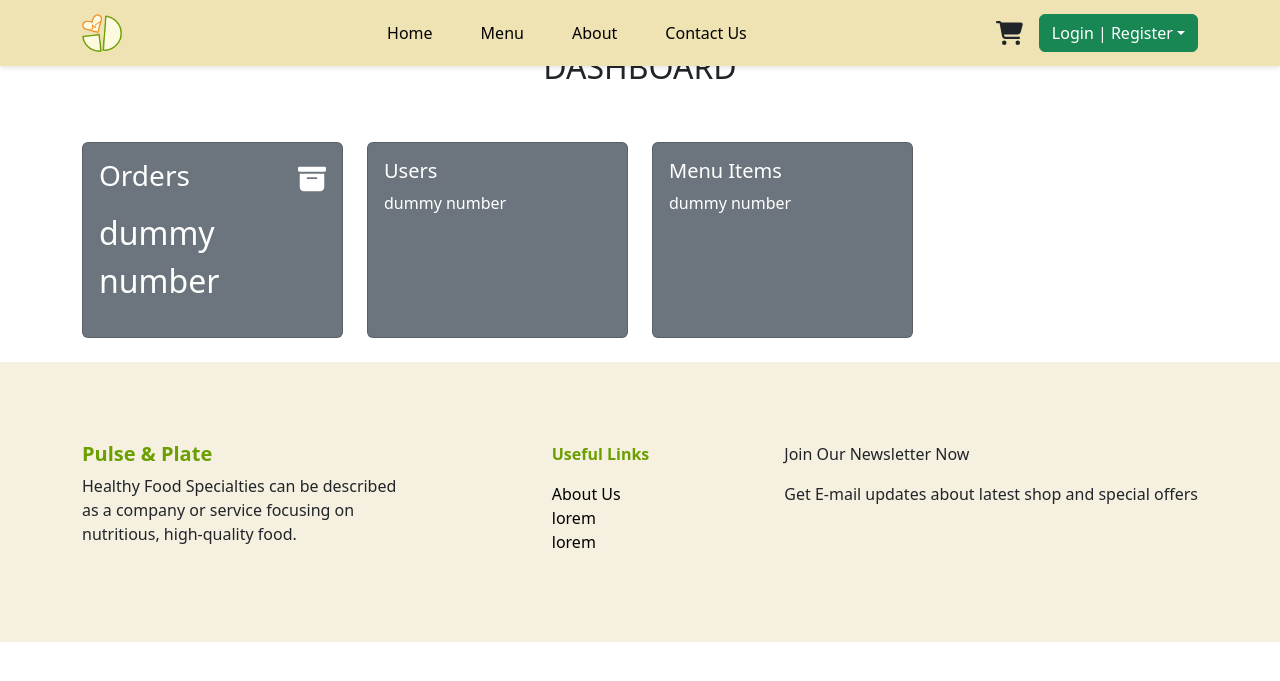
Repository: zeinawady/Pulse-and-Plate
Page: /dashboard
The author's editor kept a copy of each file at every save. The page is drawn from the files as they stood at one save, then again after the next save.
The browser window is 1280 px wide. The pictures show the whole page.
The project was rebuilt for these pictures with package versions that can differ from the ones it lists, and the page was loaded fresh each time. Also part of the build but not shown: src/components/Main/Main.css, src/components/Main/Main.js, src/components/Menu/MealCard.css, src/components/Menu/MealCard.js, src/components/Menu/Categories.css, src/components/Menu/Categories.js, src/components/Menu/Menu.css, src/components/Menu/Menu.js and 21 more.

Above is the page before, as saved 2025-05-15 18:53:18.

### public/index.html
<!DOCTYPE html>
<html lang="en">
  <head>
    <meta charset="utf-8" />
    <link rel="icon" href="%PUBLIC_URL%/images/logo-trans.png" />
    <meta name="viewport" content="width=device-width, initial-scale=1" />
    <meta name="theme-color" content="#000000" />
    <meta
      name="description"
      content="Web site created using create-react-app"
    />
    <link rel="apple-touch-icon" href="%PUBLIC_URL%/images/logo-trans.png" />
    <!--
      manifest.json provides metadata used when your web app is installed on a
      user's mobile device or desktop. See https://developers.google.com/web/fundamentals/web-app-manifest/
    -->
    <link rel="manifest" href="%PUBLIC_URL%/manifest.json" />
    <!--
      Notice the use of %PUBLIC_URL% in the tags above.
      It will be replaced with the URL of the `public` folder during the build.
      Only files inside the `public` folder can be referenced from the HTML.

      Unlike "/favicon.ico" or "favicon.ico", "%PUBLIC_URL%/favicon.ico" will
      work correctly both with client-side routing and a non-root public URL.
      Learn how to configure a non-root public URL by running `npm run build`.
    -->
    <title>Pulse And Plate</title>
  </head>
  <body>
    <noscript>You need to enable JavaScript to run this app.</noscript>
    <div id="root"></div>
    <!--
      This HTML file is a template.
      If you open it directly in the browser, you will see an empty page.

      You can add webfonts, meta tags, or analytics to this file.
      The build step will place the bundled scripts into the <body> tag.

      To begin the development, run `npm start` or `yarn start`.
      To create a production bundle, use `npm run build` or `yarn build`.
    -->
  </body>
</html>

### src/index.js
import React from 'react';
import ReactDOM from 'react-dom/client';
import './index.css';
import App from './App';
import reportWebVitals from './reportWebVitals';
import 'bootstrap/dist/css/bootstrap.min.css';
import '@fortawesome/fontawesome-free/css/all.min.css';
import 'bootstrap/dist/css/bootstrap.min.css';
import './fontAwesome';
import { BrowserRouter } from 'react-router-dom';

const root = ReactDOM.createRoot(document.getElementById('root'));
root.render(
  <React.StrictMode>
    <BrowserRouter>
      <App />
    </BrowserRouter>
  </React.StrictMode>
);

// If you want to start measuring performance in your app, pass a function
// to log results (for example: reportWebVitals(console.log))
// or send to an analytics endpoint. Learn more: https://bit.ly/CRA-vitals
reportWebVitals();

### src/App.js
import React from "react";
import "./App.css";
import Home from "./components/Home/Home";
import Footer from "./components/Footer/Footer";
import { Routes, Route } from "react-router-dom";

import Header from "./components/Header/Header";
import About from "./components/About/About";
import Menu from "./components/Menu/Menu";
import ContactUs from "./components/ContactUs/ContactUs";
import Login from "./components/Login/Login";
import SignUp from "./components/SignUp/SignUp";
import UserProfile from "./components/UserProfile/UserProfile";
import { UserProvider } from "./UserContext";
import ProductInfo from "./components/ProductInfo/ProductInfo";
import PaymentPage from "./components/PaymentPage/PaymentPage";
import AdminProfile from "./components/AdminProfile/AdminProfile";
import Dashboard from "./components/Dashboard/Dashboard";

function App() {
  return (
    <UserProvider>
      <div>
        <Header />
        <Routes>
          <Route path="/" element={<Home />} />
          <Route path="/home" element={<Home />} />
          <Route path="/about" element={<About />} />
          <Route path="/menu" element={<Menu />} />
          <Route path="/category" element={<Menu />} />
          <Route path="/login" element={<Login />} />
          <Route path="/register" element={<SignUp />} />
          <Route path="/userAccount" element={<UserProfile />} />
          <Route path="/contactus" element={<ContactUs />} />
          <Route path="/product-info" element={<ProductInfo />} />
          <Route path="/PaymentPage" element={<PaymentPage />} />
          <Route path="/admin-profile" element={<AdminProfile />} />
          <Route path="/dashboard" element={<Dashboard />} />
        </Routes>

        <Footer />
      </div>
    </UserProvider>
  );
}

export default App;

### src/fontAwesome.js
// src/fontAwesome.js
import { library } from '@fortawesome/fontawesome-svg-core';
import {
    faUser,
    faCartShopping,
    faHome,
    faEnvelope,
    faSearch,
    faConciergeBell,
     faPercent,
     faTruckFast,
     faCarrot,
    // Add any other icons you need here
} from '@fortawesome/free-solid-svg-icons';

// Add icons to the library
library.add(
    faUser,
    faCartShopping,
    faHome,
    faEnvelope,
    faSearch,
    faConciergeBell,
    faPercent,
    faTruckFast,
    faCarrot,

    // Add any other icons you need here
);

### src/App.css
@font-face {
  font-family: "Lato";
  src: url("../public/Fonts/Lato/Lato-Black.ttf") format("truetype");
}

:root {
  --primary-color: #6b9f00;
  --secondary-color: #ef9025;
  --light-color: hsl(47, 66%, 82%);
  --text-color: #000000;
  --font-family: "Lato", sans-serif;
  --sections-padding: 5rem;
}

body {
  margin: 0;
  padding: 0;
  border: none !important;
  outline: none !important;
  font-family: var(--font-family);
  font-weight: 500;
  -webkit-font-smoothing: antialiased;
  -moz-osx-font-smoothing: grayscale;
  background-color: #eee;

}
a{
  text-decoration: none;
}

### src/components/Footer/Footer.js
import "../../App";

import "./Footer.css";
import { Container } from "react-bootstrap";
import Button from "react-bootstrap/Button";
import { FontAwesomeIcon } from "@fortawesome/react-fontawesome";


export default function Footer() {
    return (
        <footer>
            <Container fluid="md">
            <div className="wrapper-footer">
                <div className="info">
                    <h5>Pulse & Plate</h5>
                    <p>Healthy Food Specialties can be described as a company or service focusing on nutritious, high-quality food. </p>
                </div>
                <div className="links">
                    <p >Useful Links</p>
                    <a href="#">About Us</a>
                    <a href="#">lorem</a>
                    <a href="#">lorem</a>
                </div>
                <div>
                    <p>Join Our Newsletter Now </p>
                    <p>Get E-mail updates about latest shop and special offers </p>
                </div>
            </div>
            </Container>
        </footer>
    );
}

### src/components/Header/Header.js
import React from 'react';
import './Header.css';
import '../../App';
import { Link, NavLink, useNavigate } from 'react-router-dom';
import { useUser } from "../../UserContext";

// React Bootstrap
import Container from 'react-bootstrap/Container';
import Nav from 'react-bootstrap/Nav';
import Navbar from 'react-bootstrap/Navbar';
import Dropdown from 'react-bootstrap/Dropdown';

// Font Awesome
import { FontAwesomeIcon } from '@fortawesome/react-fontawesome';
import { faCartShopping } from '@fortawesome/free-solid-svg-icons';

export default function Header() {
    const { user, setUser } = useUser();
    const navigate = useNavigate();

    const handleLogout = () => {
        navigate('/login');
        localStorage.removeItem("user");
        localStorage.removeItem("token");
        setUser(null);
    };

    return (
        <Navbar expand="md" className="fixed-top">
            <Container fluid="md">
                <Navbar.Brand as={Link} to="/home">
                    <img
                        src="/images/logo-trans.png"
                        width="40"
                        height="40"
                        className="d-inline-block align-top"
                        alt="React Bootstrap logo"
                    />
                </Navbar.Brand>

                <Navbar.Toggle aria-controls="basic-navbar-nav" />
                <Navbar.Collapse id="basic-navbar-nav">
                    <Nav className="me-auto ms-auto">
                        <Nav.Link as={NavLink} to="/home">Home</Nav.Link>
                        <Nav.Link as={NavLink} to="/menu">Menu</Nav.Link>
                        <Nav.Link as={NavLink} to="/about">About</Nav.Link>
                        <Nav.Link as={NavLink} to="/contactus">Contact Us</Nav.Link>
                    </Nav>

                    <div className="icons d-flex align-items-center gap-3">
                        <FontAwesomeIcon icon={faCartShopping} size="lg" />

                        <Dropdown align="end">
                            <Dropdown.Toggle variant="success" id="dropdown-user">
                                {user?.name ? user.name.split(" ")[0] : "Login | Register"}
                            </Dropdown.Toggle>

                            <Dropdown.Menu>
                                {user?.name ? (
                                    <>
                                        <Dropdown.Item as={Link} to="/userAccount">Profile</Dropdown.Item>
                                        <Dropdown.Item onClick={handleLogout}>Logout</Dropdown.Item>
                                    </>
                                ) : (
                                    <>
                                        <Dropdown.Item as={Link} to="/login">Login</Dropdown.Item>
                                        <Dropdown.Item as={Link} to="/register">Register</Dropdown.Item>
                                    </>
                                )}
                            </Dropdown.Menu>
                        </Dropdown>
                    </div>
                </Navbar.Collapse>
            </Container>
        </Navbar>
    );
}

### src/UserContext.jsx
import { createContext, useContext, useState } from 'react';

const UserContext = createContext();

export function UserProvider({ children }) {
  const [user, setUser] = useState(() => {
    const stored = localStorage.getItem('user');
    return stored ? JSON.parse(stored) : null;
  });

  const updateUser = (updatedUser) => {
    localStorage.setItem('user', JSON.stringify(updatedUser));
    setUser(updatedUser);
  };

  return (
    <UserContext.Provider value={{ user, setUser: updateUser }}>
      {children}
    </UserContext.Provider>
  );
}

export function useUser() {
    return useContext(UserContext);
}

### src/components/Dashboard/Dashboard.js
import React from "react";
import "../../App";
import "./Dashboard.css";
import { BsFillArchiveFill } from "react-icons/bs";
export default function Dashboard() {
  return (
    <div className="main-container container">
      <h2 className="text-center p-5">DASHBOARD</h2>

      <div className="row g-4 mb-4">

        <div className="col-md-3 col-sm-6">
          <div className="card text-white bg-secondary h-100">
            <div className="card-body">
              <div className="card-inner">
                <div className="card-title d-flex justify-content-between">
                  <h3>Orders</h3>
                  <h3 className="card_icon ">
                    <BsFillArchiveFill />
                  </h3>
                </div>
                  <p className="fs-2">dummy number</p>
              </div>
            </div>
          </div>
        </div>
        <div className="col-md-3 col-sm-6">
          <div className="card text-white bg-secondary h-100">
            <div className="card-body">
              <h5 className="card-title">Users</h5>
              <p className="card-text">dummy number</p>
            </div>
          </div>
        </div>

        <div className="col-md-3 col-sm-6">
          <div className="card text-white bg-secondary h-100">
            <div className="card-body">
              <h5 className="card-title">Menu Items</h5>
              <p className="card-text">dummy number</p>
            </div>
          </div>
        </div>
      </div>
    </div>
  );
}

### src/components/Footer/Footer.css
footer{
    background-color: hsla(47, 53%, 90%, 0.822);
    padding-block-start: var(--sections-padding);
    padding-block-end: var(--sections-padding);
}
.wrapper-footer{
    display: flex;
    justify-content: space-between;

}
.wrapper-footer .info{
  width: 30%;

}
.wrapper-footer .info h5{
    color: var(--primary-color);
    font-weight: 700;
}
.links>p:first-child{
font-weight: 700;
color: var(--primary-color);

}
.links{
    display: flex;
    flex-direction: column;
}
.links a{
    text-decoration: none;
    color: var(--text-color);
}
@media (max-width: 767px) {
    .wrapper-footer{
       flex-direction: column;
    }
    .wrapper-footer .info{
        width: 100%;
      }

}

### src/components/Header/Header.css
.navbar {
    box-shadow: 0 2px 4px rgba(0, 0, 0, 0.1);
    /* background-color: rgba(254, 250, 225, 0.3);
     */
     background-color: var(--light-color);
     z-index: 100;
}

.navbar-nav .nav-link,
.dropdown-menu .dropdown-item {
    color: var(--text-color);
}


/* * --> all children */
.navbar .nav-link {
    padding: 0 1.5rem !important;
    text-align: center;
}

@media (max-width: 767px) {
    .navbar .nav-link {
        padding: 0.5rem 0 !important;
    }

    .icons>svg {
        padding-top: 0.5rem;
        margin: auto;
        font-size: 1.25rem;
    }
}

.icons {
    display: flex;
    gap: 1.5rem;
}

.icons svg {
    font-size: 1.5rem;
}

.navbar-toggler {
    border: none !important;
}

.navbar-toggler:focus {
    box-shadow: none !important;
}

@media (max-width: 767px) {

    /* .navbar .dropdown-menu {
                position: absolute !important;
                top: 80% !important;
                left: 35% !important;
                background-color: var(--light-color);
                right: 0;
                width: 100%;
                z-index: 1050;
            } */
    .navbar-nav {
        .dropdown-menu {
            width: 50%;
            margin: auto;
            text-align: center;
        }

        /* .dropdown-menu[data-bs-popper] {
            top: 100%;
            left: 50%;
            transform: translateX(-50%);
        } */

        /* .nav-item,
        .nav-link {
            text-align: center;
        } */
    }
}

@media (max-width: 441px) {
    .navbar-nav {
        .dropdown-menu {
            width: 35%;
        }
    }
}

### src/components/PaymentPage/PaymentPage.css
:root {
    --primary-color: #6b9f00;
    --secondary-color: #ef9025;
    --light-color: #efe2b3;
    --secondary-light-color: #FDFAE0;
    --text-color: #000000;
    --font-family: "Lato", sans-serif;
    --sections-padding: 5rem;
    --section-margin: 60px;
    /* This variable can be used or adjusted for header height */
}

body {
    margin: 0;
    padding: 0;
    border: none !important;
    outline: none !important;
    font-family: var(--font-family);
    font-weight: 500;
    -webkit-font-smoothing: antialiased;
    -moz-osx-font-smoothing: grayscale;
    background-color: #eee;
    color: var(--text-color);
}

.payment-page a {
    text-decoration: none;
    color: var(--primary-color);
}


/* Main container */
.payment-page.container {
    max-width: 960px;
    margin: 100px;
    padding: var(--sections-padding) 30px;
    background-color: var(--secondary-light-color);
    border-radius: 10px;
    box-shadow: 0 4px 15px rgba(107, 159, 0, 0.3);

}

/* Card style */
.payment-page .card {
    background: var(--light-color);
    border-radius: 12px;
    box-shadow: 0 6px 20px rgba(0, 0, 0, 0.1);
    padding: 30px;
    margin-bottom: 30px;
}

/* Card header */
.payment-page .card-header {
    font-weight: 700;
    font-size: 1.5rem;
    color: var(--primary-color);
    border-bottom: 3px solid var(--secondary-color);
    padding-bottom: 15px;
    margin-bottom: 25px;
}

/* Order Summary Items */
.payment-page .card-body>div.d-flex {
    font-size: 1.1rem;
    justify-content: space-between;
    padding: 8px 0;
    border-bottom: 1px solid var(--secondary-light-color);
}

.payment-page .card-body>hr+div {
    font-weight: 700;
    font-size: 1.25rem;
    color: var(--primary-color);
    padding-top: 10px;
}

/* Form headings */
.payment-page h4,
.payment-page h5 {
    color: var(--primary-color);
    margin-bottom: 20px;
    font-weight: 700;
}

/* Form labels */
.payment-page .form-label {
    font-weight: 600;
    color: var(--text-color);
}

/* Input fields */
.payment-page .form-control {
    border-radius: 8px;
    border: 2px solid var(--primary-color);
    padding: 10px 15px;
    font-family: var(--font-family);
    font-weight: 500;
    font-size: 1rem;
    transition: border-color 0.3s ease;
    color: var(--text-color);
    background-color: #fff;
}

.payment-page .form-control:focus {
    border-color: var(--secondary-color) !important;
    box-shadow: 0 0 8px var(--secondary-color) !important;
    outline: none;
}

/* Validation feedback */
.payment-page .is-invalid {
    border-color: #dc3545 !important;
}

.payment-page .is-invalid:focus {
    box-shadow: 0 0 8px rgba(220, 53, 69, 0.5);
}

.payment-page .invalid-feedback {
    font-size: 0.9rem;
    color: #dc3545;
    margin-top: 6px;
}

/* Radio buttons */
.payment-page .form-check-label {
    font-size: 1rem;
    color: var(--text-color);
}


.payment-page button:hover {
    background-color: var(--secondary-color);
}

/* Submit button - This existing style will override the general button style for submit buttons where properties differ */
.payment-page button[type="submit"] {
    background-color: var(--primary-color);
    /* This is fine, can be more specific if needed */
    border: none;
    color: white;
    font-weight: 700;
    /* Specific to submit */
    padding: 14px 32px;
    /* Specific to submit */
    border-radius: 8px;
    cursor: pointer;
    font-size: 1.1rem;
    /* Specific to submit */
    transition: background-color 0.3s ease;
    box-shadow: 0 5px 15px rgba(107, 159, 0, 0.2);
    /* Specific to submit */
}

.payment-page button[type="submit"]:hover {
    background-color: var(--secondary-color);
    box-shadow: 0 6px 20px rgba(239, 144, 37, 0.3);
    /* Specific to submit */
}

/* Responsive */
@media (max-width: 768px) {
    .payment-page.container {
        padding: 3rem 15px;
        margin-top: 60px;
        /* Adjusted margin for smaller screens if header is smaller or fixed differently */
    }

        .payment-page .row>div {
        margin-bottom: 25px;
    }
}

Loaded but not shown: src/index.css (common file); src/reportWebVitals.js (common file)

After the next save:
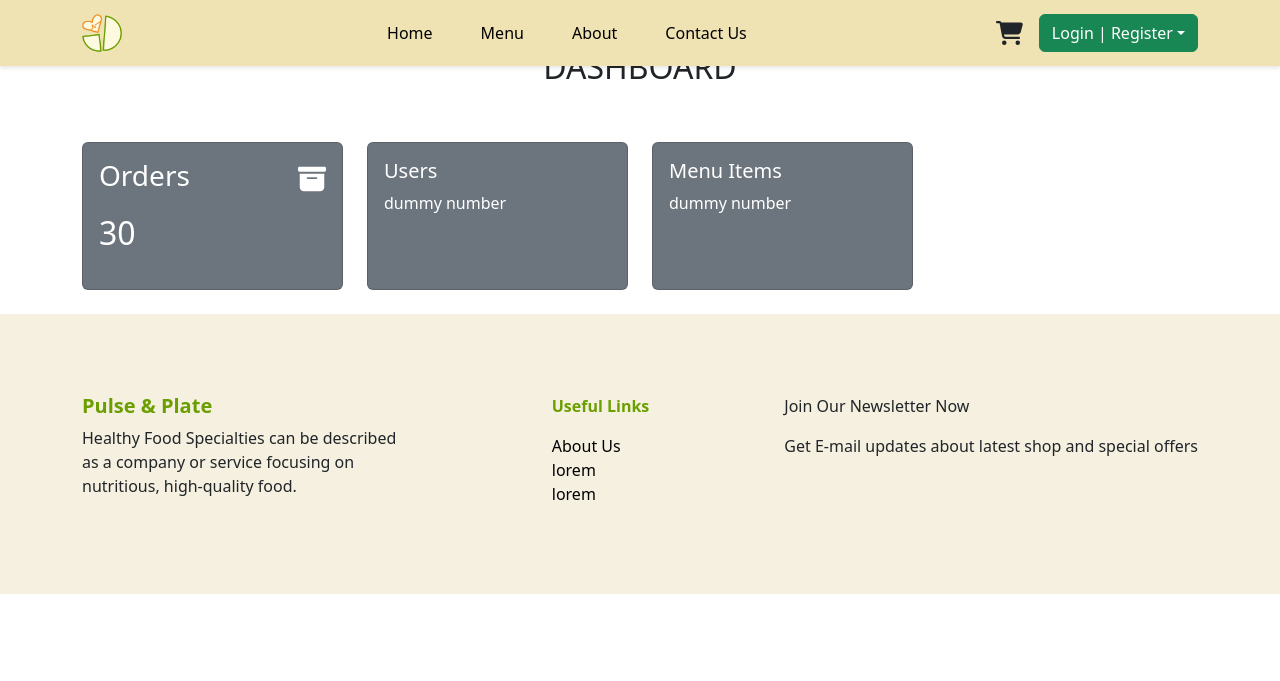
Saved 6 s later.
--- a/src/components/Dashboard/Dashboard.js
+++ b/src/components/Dashboard/Dashboard.js
@@ -19,7 +19,7 @@ export default function Dashboard() {
                     <BsFillArchiveFill />
                   </h3>
                 </div>
-                  <p className="fs-2">dummy number</p>
+                  <p className="fs-2">30</p>
               </div>
             </div>
           </div>
